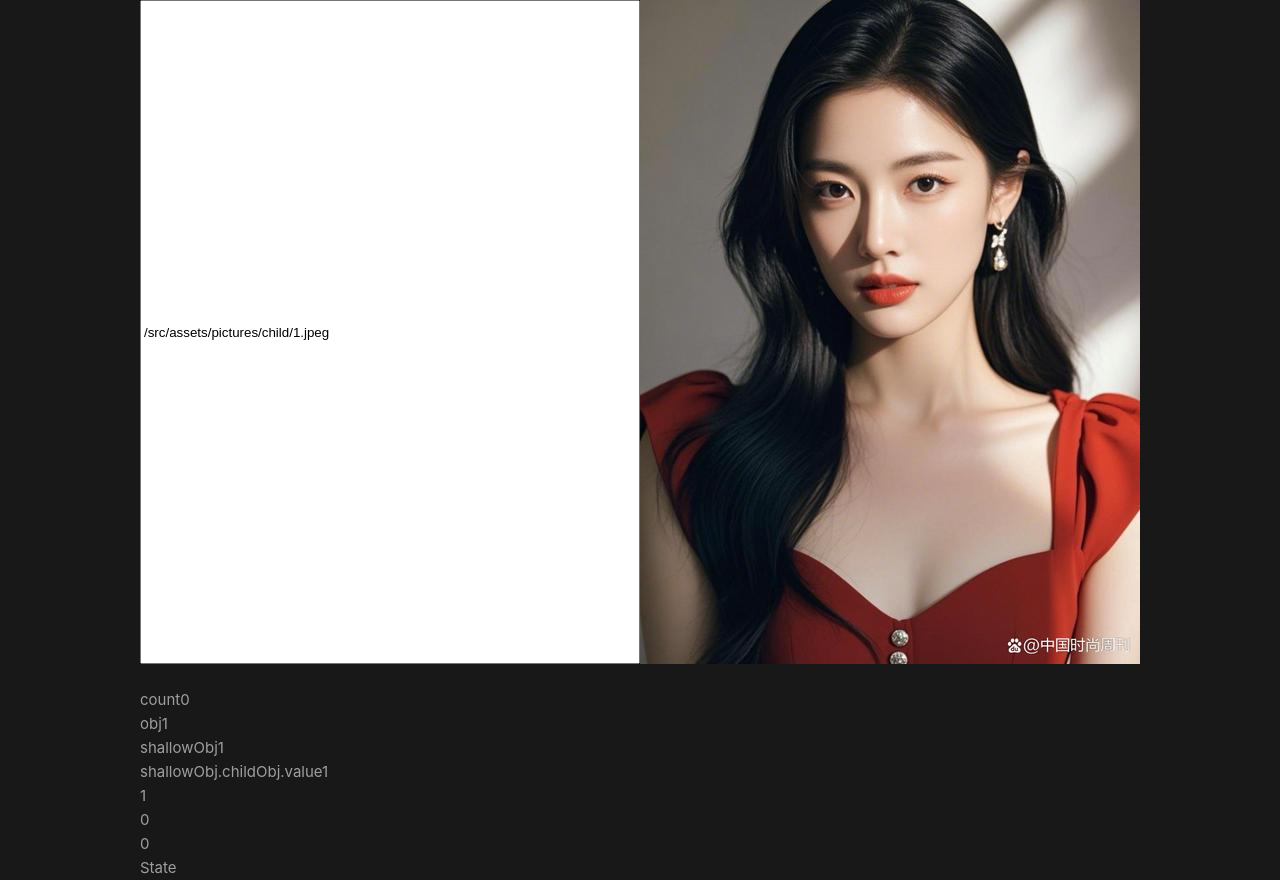
Repository: weicheng333/vue-project
Page: /
These files come from the project's save history. The page is drawn as it stood at one moment and after the next save; the edit follows.
The browser window is 1280 px wide. The pictures show the whole page.
The project was rebuilt for these pictures with package versions that can differ from the ones it lists, and the page was loaded fresh each time. Also part of the build but not shown: vite.config.ts, src/views/ExChangeImg.vue.

Above is the page before, as saved 2025-06-12 14:07:46.

After the next save:
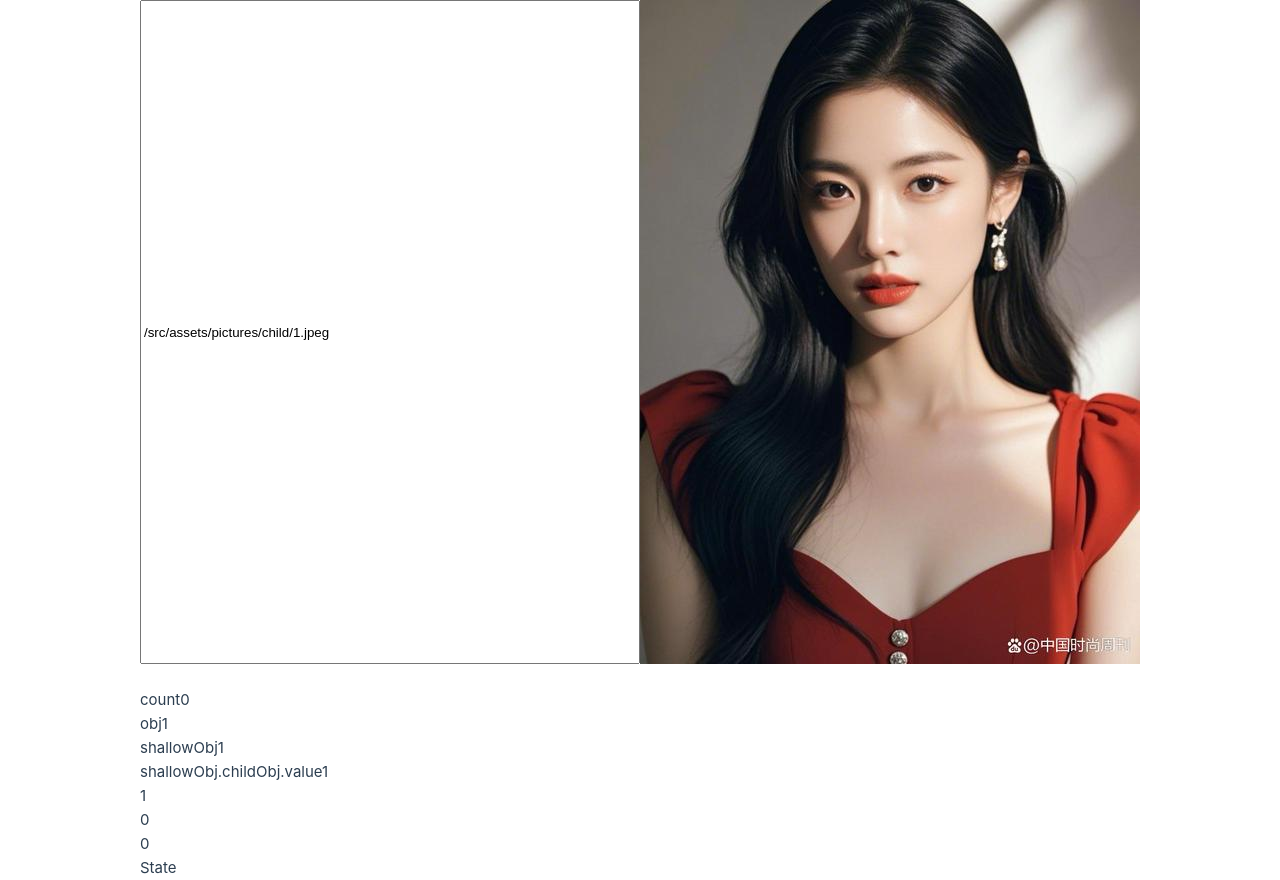
Saved 16 s later.
--- a/src/assets/styles/css/base.css
+++ b/src/assets/styles/css/base.css
@@ -23,16 +23,6 @@
   --color-heading: var(--vt-c-text-light-1);
   --color-text: var(--vt-c-text-light-1);
   --section-gap: 160px;
-}
-
-:root {
-  --color-background: var(--vt-c-black);
-  --color-background-soft: var(--vt-c-black-soft);
-  --color-background-mute: var(--vt-c-black-mute);
-  --color-border: var(--vt-c-divider-dark-2);
-  --color-border-hover: var(--vt-c-divider-dark-1);
-  --color-heading: var(--vt-c-text-dark-1);
-  --color-text: var(--vt-c-text-dark-2);
 }
 
 /* semantic color variables for this project */

After the save that followed:
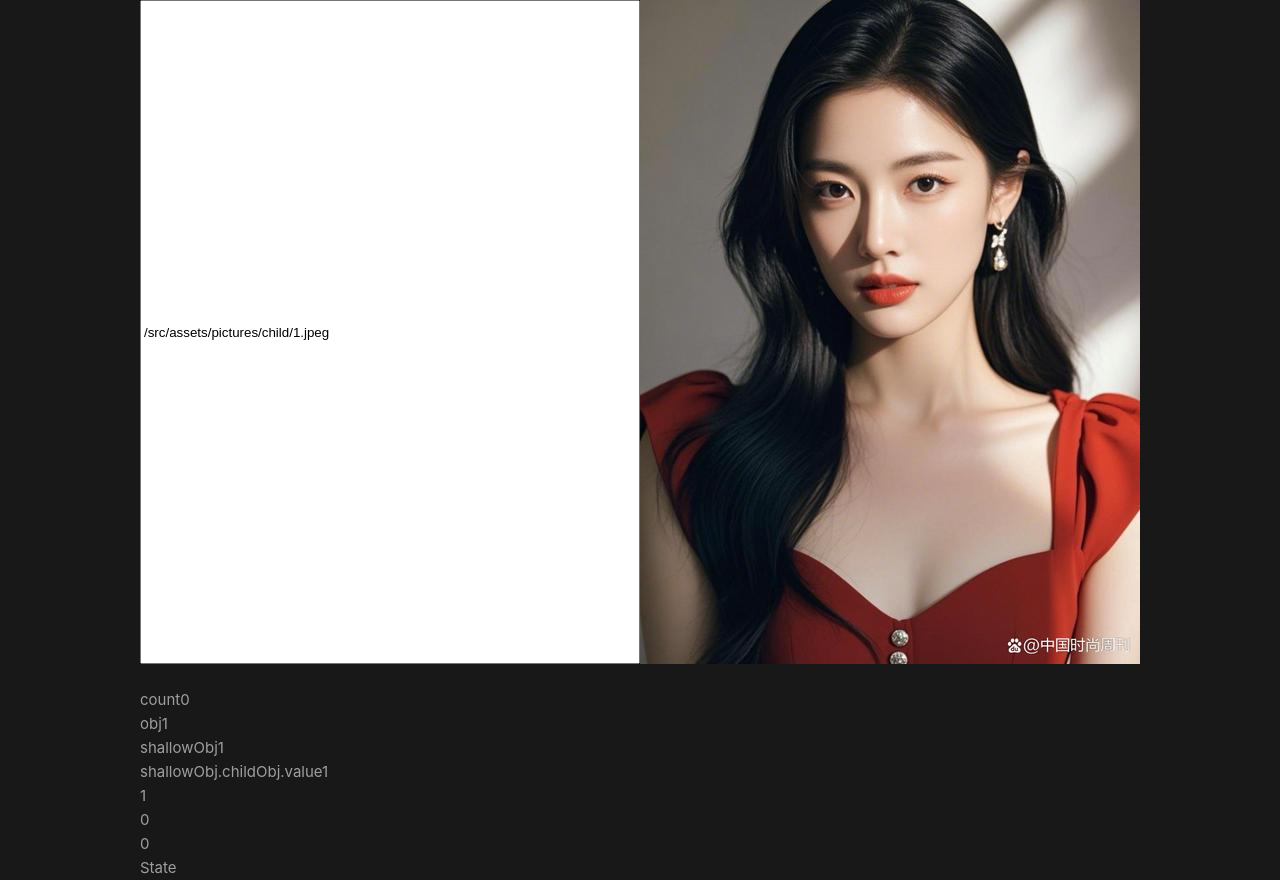
Saved 53 s later.
--- a/src/assets/styles/css/base.css
+++ b/src/assets/styles/css/base.css
@@ -26,6 +26,15 @@
 }
 
 /* semantic color variables for this project */
+:root {
+  --color-background: var(--vt-c-black);
+  --color-background-soft: var(--vt-c-black-soft);
+  --color-background-mute: var(--vt-c-black-mute);
+  --color-border: var(--vt-c-divider-dark-2);
+  --color-border-hover: var(--vt-c-divider-dark-1);
+  --color-heading: var(--vt-c-text-dark-1);
+  --color-text: var(--vt-c-text-dark-2);
+}
 
 @media (prefers-color-scheme: dark) {
   :root {
